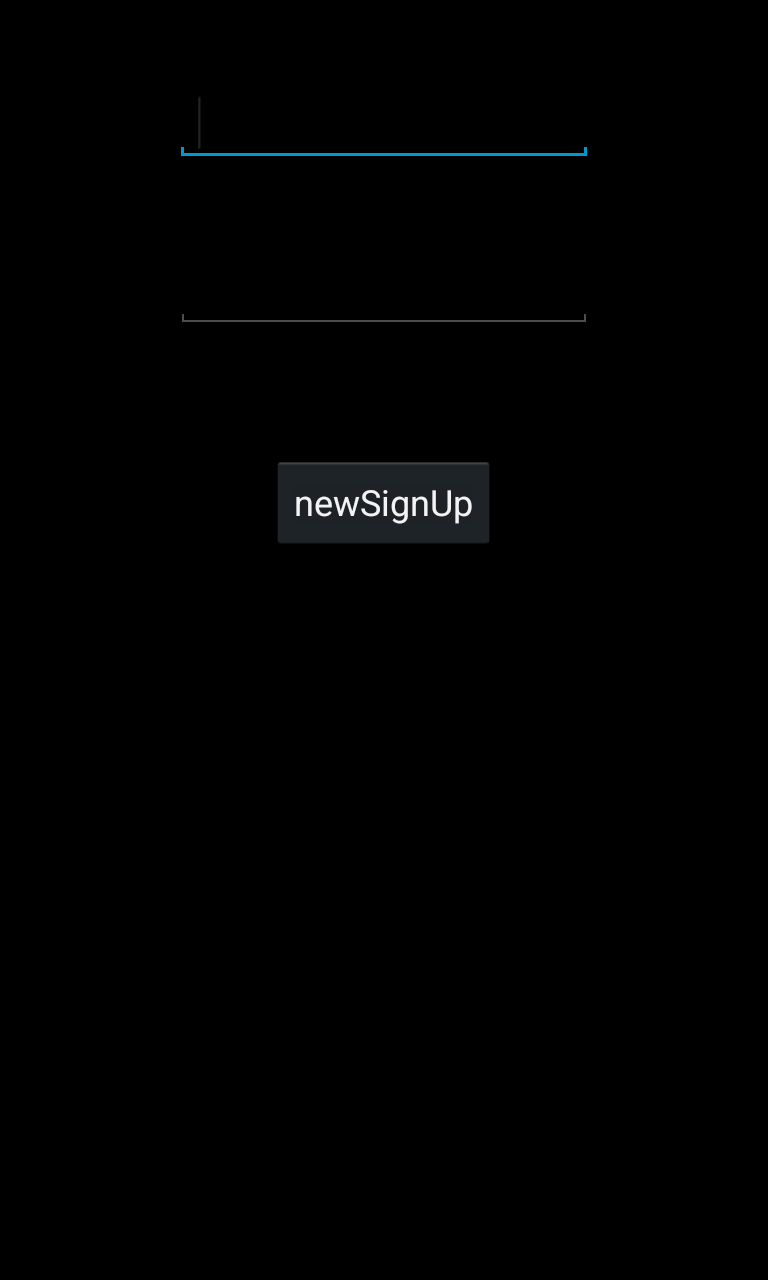
Repository: arianaantonio/CPMD
Layout: ContactsAppAndroid/res/layout/fragment_signup.xml
An editor plug-in stored every save of this project. The layout is shown before and after the next save, followed by the edit.
It is drawn on a 768 x 1280 px phone screen (xhdpi) without system bars, with theme android:Theme.Holo; the app's code is not run.

Above is the layout before, as saved 2014-10-29 08:15:39.

After the next save:
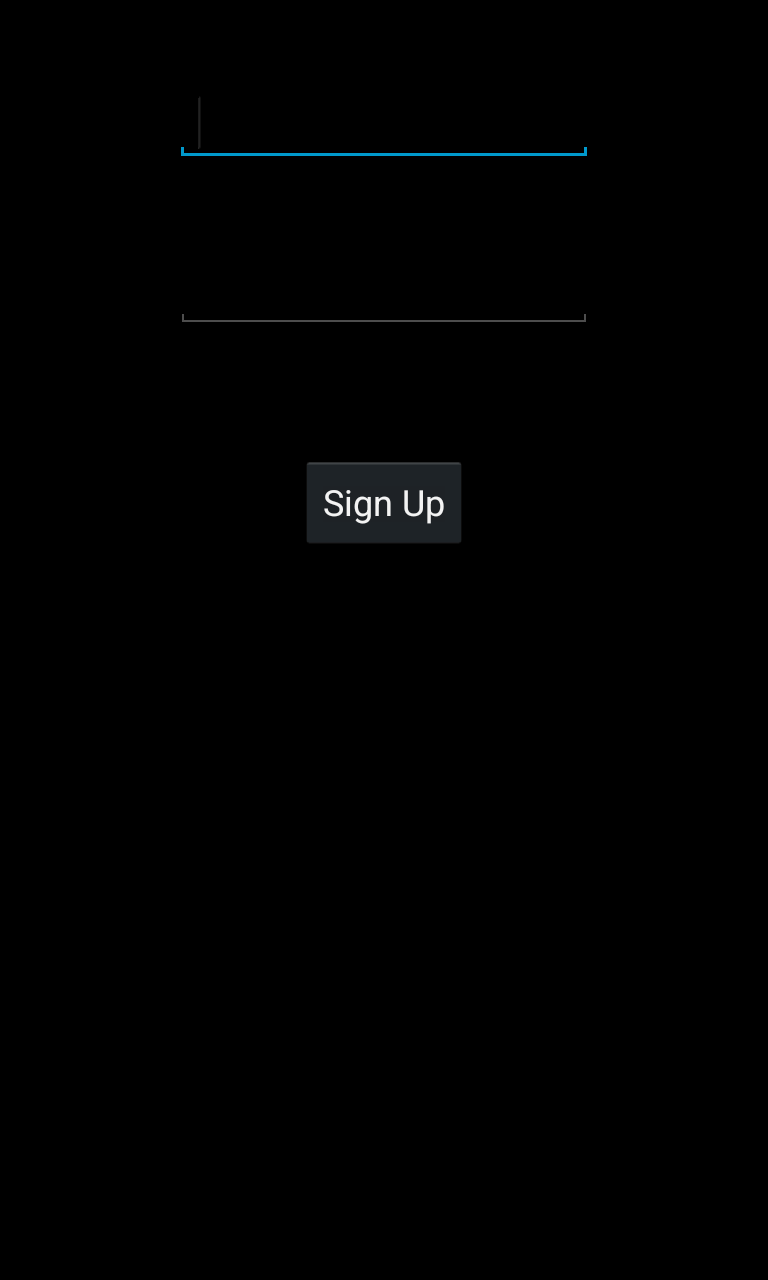
Saved 17 s later.
--- a/ContactsAppAndroid/res/layout/fragment_signup.xml
+++ b/ContactsAppAndroid/res/layout/fragment_signup.xml
@@ -27,12 +27,12 @@
         android:inputType="textPassword" />
 
     <Button
-        android:id="@+id/button1"
+        android:id="@+id/newSignUp"
         android:layout_width="wrap_content"
         android:layout_height="wrap_content"
         android:layout_below="@+id/newPassword"
         android:layout_centerHorizontal="true"
         android:layout_marginTop="62dp"
-        android:text="newSignUp" />
+        android:text="@string/signup" />
 
 </RelativeLayout>
